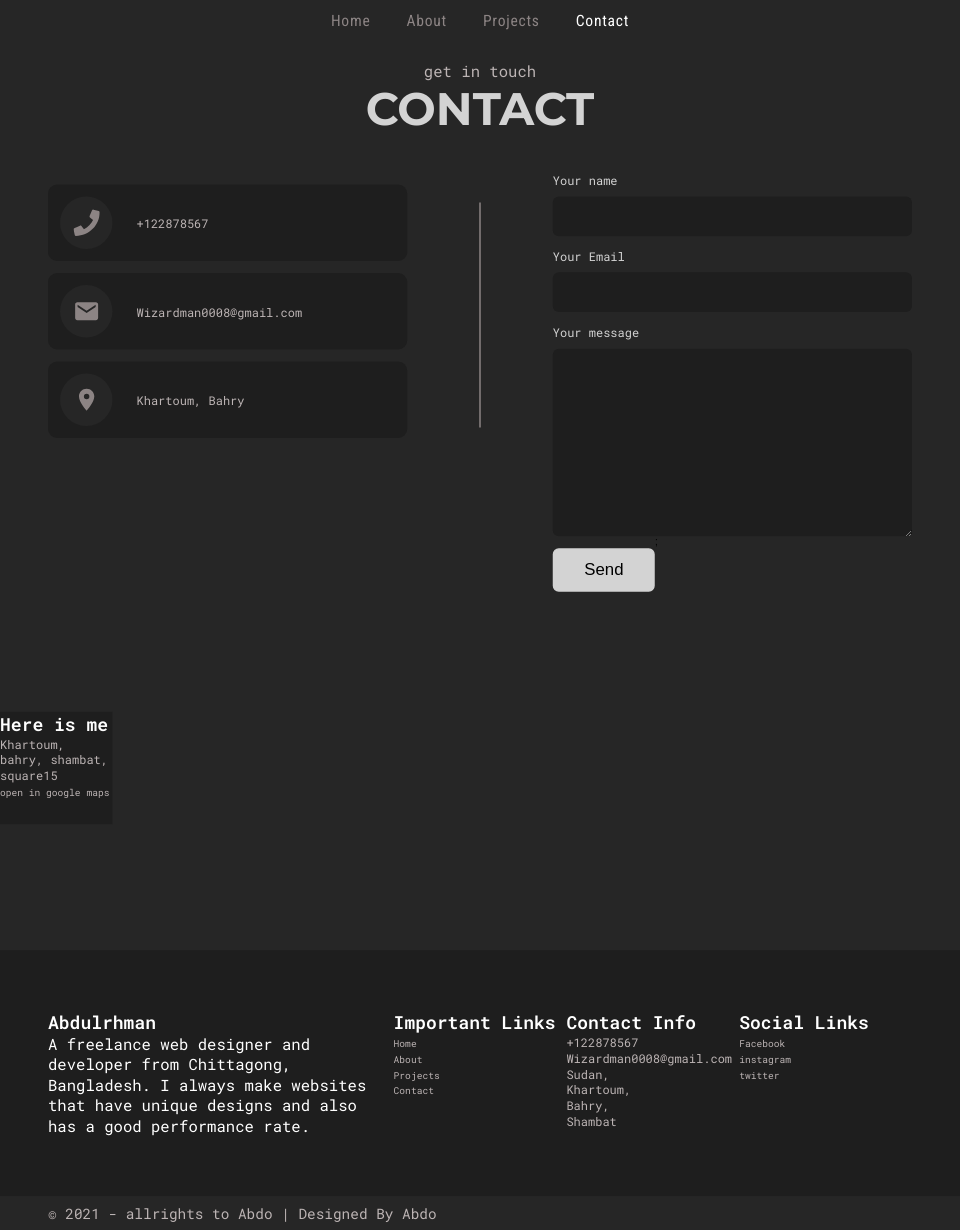
Repository: Abdoulrhman-altyeb/React-Typescript
Page: /contact
The author's editor kept a copy of each file at every save. The page is drawn from the files as they stood at one save, then again after the next save.
The browser window is 1280 px wide. The pictures show the whole page, at 75% of full size.
The project was rebuilt for these pictures with package versions that can differ from the ones it lists, and the page was loaded fresh each time. Also part of the build but not shown: src/components/ContactButton.tsx, src/components/HeroSection.tsx, src/components/AboutSection.tsx, src/assits/data/Services.ts, src/components/ServiceItems.tsx, src/components/ServicesSection.tsx, src/components/ProjectsSection.tsx, src/Pages/Home.tsx and 2 more.

Above is the page before, as saved 2021-05-20 19:23:24.

### public/index.html
<!DOCTYPE html>
<html lang="en">

<head>
  <meta charset="utf-8" />
  <meta name="viewport" content="width=device-width, initial-scale=1" />
  <meta name="theme-color" content="#000000" />
  <meta name="description" content="IT Guys Community" />
  <link rel="preconnect" href="https://fonts.gstatic.com">
  <link href="https://fonts.googleapis.com/css2?family=Roboto:wght@300;400;500;700&display=swap" rel="stylesheet">
  <link rel="preconnect" href="https://fonts.gstatic.com">
<link href="https://fonts.googleapis.com/css2?family=Montserrat:wght@200;300;400;500;700&display=swap" rel="stylesheet">
<link rel="preconnect" href="https://fonts.gstatic.com">
<link href="https://fonts.googleapis.com/css2?family=Roboto+Mono:wght@200;300;400;500;600&display=swap" rel="stylesheet">
<link rel="preconnect" href="https://fonts.gstatic.com">
<link href="https://fonts.googleapis.com/css2?family=Roboto+Condensed:wght@400;700&display=swap" rel="stylesheet">
  <title>App Lab</title>
</head>

<body>
  <noscript>You need to enable JavaScript to run this app.</noscript>
  <div id="root"></div>
</body>

</html>

### src/index.tsx
import ReactDOM from "react-dom";
import App from "./App";
import './assits/styles/style.css'

ReactDOM.render(<App/>,document.getElementById("root"));

### src/App.tsx
import React from "react";
import NavBar from './components/NavBar';
import { BrowserRouter as Router, Route, Switch } from 'react-router-dom'
import Home from "./Pages/Home";
import Contact from "./Pages/Contact";
import About from "./Pages/About";
import Projects from "./Pages/Projects";


const App: React.FC = () => {



  return (
    <>
      <Router>
        <NavBar />
        <Switch>
          <Route  path='/' exact>
            <Home />
          </Route>
          <Route path="/contact">
            <Contact />
          </Route>
          <Route path='/about'>
            <About />
          </Route>
          <Route path='/projects'>
              <Projects/>
          </Route>
        </Switch>
      </Router>
    </>
  )
}

export default App;

### src/assits/styles/style.css
* {
    padding:0;
    margin:0;
    box-sizing:border-box;
    scroll-behavior: auto;
}

body {
    background:#262626;
    color:white;
    font-family: 'Roboto Mono', monospace;
}
::-webkit-scrollbar-track {
    background: #1E1E1E;
}
::-webkit-scrollbar {
    width: 8px;
}
::-webkit-scrollbar-thumb {
    background: #888;
    border-radius: 20px;
}




img,svg{
    width: 100%;
    height:100%;
    object-fit: cover;
}
.container {
    width:90%;
    max-width:1200px;
    margin: 0 auto;
}

.hero__img {
    height:600px;
}
ul {
    list-style: none;
}
p, h1, span,h3,a {
    color:#BCB4B4
}
a {
    text-decoration: none;
    font-size:0.8rem;
}
.map{
    background: linear-gradient(rgba(0,0,0,0.5),rgba(0,0,0,0.5)),url('../images/Capture.jpg');
    background-repeat: no-repeat;
    background-size: cover;
    background-position: center;
}

### src/components/NavBar.tsx
import React,{useState} from 'react';
import styled from 'styled-components';
import { NavLink } from 'react-router-dom';
import { BiMenu, BiX } from 'react-icons/bi';


const NavBar: React.FC = () => {

    const [isActive, setIsActive] = useState<boolean>(false);

    return (
        <NavBarContainer>
            <div className="hamburgerMenu"
                onClick={() => setIsActive(!isActive)}
                role='button'
                tabIndex={0}
                onKeyDown={() => setIsActive(!isActive)}
            >
                <BiMenu/>
            </div>
            <ul className={isActive ? 'ListItems' : 'ListItems hide-items'}>
                <div className='closeMenu'
                    onClick={() => setIsActive(!isActive)}
                    role='button'
                    tabIndex={0}
                    onKeyDown={() => setIsActive(!isActive)}
                >
                    <BiX/>
                </div>
                <li>
                    <NavLink to='/' exact>
                     Home
                    </NavLink>
                </li>
                <li>
                    <NavLink to="/about">
                        About
                    </NavLink>
                </li>
                <li>
                    <NavLink to='projects'>
                        Projects
                    </NavLink>
                </li>
                <li>
                    <NavLink to='contact'>
                        Contact
                    </NavLink>
                </li>
            </ul>
        </NavBarContainer>
    )
}

const NavBarContainer = styled.nav`
    position: fixed;
    z-index:100;
    top:0;
    left:0;
    background-color:#262626;
    font-family: 'Roboto Condensed', sans-serif;
    width:100%;
    ul {
        width:90%;
        max-width:1200px;
        justify-content:center;
        text-align:center;
        margin:0 auto;
        border-radius:12px;
    }
    li {
        display:inline-block;
        cursor:pointer;
    }
    a {
        display:inline-block;
        padding:1rem 1.5rem;
        font-size:1.3rem;
        color:#8c8484;
        letter-spacing: 1px;
        transition:0.3s ease color;
        /* &:hover {
            color:#726f6f;
        } */
    }
    .active {
        color:white;
    }

    .hamburgerMenu {
        font-size:2rem;
        position:absolute;
        top:1rem;
        right:1rem;
        color:white;
        display:none;
        * {
            pointer-events:none;
        }
    }
    .closeMenu{
        display:none;
    }
    @media only screen and (max-width:768px) {
        .hide-items{
            transform: translateY(calc(-100% - 1rem))
        }
        .hamburgerMenu{
            display:block;
        }
        .ListItems {
            width:80%;
            max-width:230px;
            position:absolute;
            top:1rem;
            right:1rem;
            background:#1E1E1E;
            padding:1rem;
            transition: 0.3s ease transform;

            .closeMenu {
                color:white;
                font-size:1.5rem;
                width:1rem;
                margin: 0 0 0 auto;
                cursor: pointer;
                display:block;
                *{
                    pointer-events:none;
                }
            }
        }
        li {
            display:block;
            margin-bottom:1rem;
        }
        a {
            /* padding:1rem; */
            padding:0.2rem;
            outline:none;
        }
    }
`;



export default NavBar;

### src/Pages/Contact.tsx
import React from 'react';
import ContactSection from '../components/ContactSecion';
import FooterSection from '../components/FooterSection';
import Map from '../components/Map';

const Contact: React.FC = () => {
    return (
        <>
            <ContactSection/>
            <Map/>
            <FooterSection />
        </>
    )
}

export default Contact;

### src/components/FooterSection.tsx
import React from 'react';
import styled from 'styled-components';
import PaText from './PaText';
import { Link } from 'react-router-dom';

const FooterSection: React.FC = () => {
    return (
        <>
            <StyledDiv>
                <div className="container">
                    <div className="info">
                        <h2>Abdulrhman</h2>
                        <PaText>
                            A freelance web designer and developer from Chittagong,
                            Bangladesh. I always make websites that have unique designs
                            and also has a good performance rate.
                        </PaText>
                    </div>
                    <div className="pages">
                        <h2>Important Links</h2>
                        <ul>
                            <li>
                                <Link to="/">Home</Link>
                            </li>
                            <li>
                                <Link to="/">About</Link>
                            </li>
                            <li>
                                <Link to="/">Projects</Link>
                            </li>
                            <li>
                                <Link to="/">Contact</Link>
                            </li>
                        </ul>
                    </div>
                    <div className="contact_info">
                        <h2>Contact Info</h2>
                        <ul>
                            <li><p>+122878567</p></li>
                            <li><p>Wizardman0008@gmail.com</p></li>
                            <li><p>Sudan,<br></br>Khartoum,<br></br>Bahry,<br></br>Shambat</p></li>
                        </ul>
                    </div>
                    <div className="social_Links">
                        <h2>Social Links</h2>
                        <ul>
                            <li><a href="https://facebook.com" rel='noreferrer'>Facebook</a></li>
                        </ul>
                        <ul>
                            <li><a href="https://instagram.com" rel='noreferrer'>instagram</a></li>
                        </ul>
                        <ul>
                            <li><a href="https://twitter.com" rel='noreferrer'>twitter</a></li>
                        </ul>
                    </div>
                </div>
            </StyledDiv>
            <StyledCopyright>
                <div className="container">
                    <p>© 2021 - allrights to Abdo  | Designed By Abdo</p>
                </div>
            </StyledCopyright>
        </>

    )
}

const StyledDiv = styled.div`
    background:#1E1E1E;
    padding:5rem 0 ;
    .container{
        display:flex;
    }
    .info{
        flex:2;
    }
    .contact_info,
    .pages,
    .social_Links{
        flex:1;
    }
    @media only screen and (max-width:768px) {
        .container{
            flex-direction:column;
        }
    }
`;
const StyledCopyright = styled.div`
    background:#262626;
    padding:10px 0;
    p{
        font-size:1.2rem;
    }

    @media only screen and (max-width:768px) {
        p{
            font-size:0.9rem;
            width:100%;
        }
    }
`;

export default FooterSection

### src/components/ContactSecion.tsx
import React from 'react';
import styled from 'styled-components';
import SectionsTitle from './SectionsTitle';
import { FaPhone } from 'react-icons/fa';
import { IoMdMail } from 'react-icons/io';
import {MdLocationOn} from 'react-icons/md'
import Button from './Button';

const ContactSection: React.FC = () => {
    return (
        <StyledDiv>
            <div className="container">
                <SectionsTitle title='contact' semiTitle='get in touch' />
                <div className="contact-me">
                    <div className="contact-info">
                        <div className="phone">
                            <div className="icon">
                                <FaPhone/>
                            </div>
                            <span> +122878567</span>
                        </div>
                        <div className="mail">
                            <div className="icon">
                                <IoMdMail/>
                            </div>
                            <span>Wizardman0008@gmail.com</span>
                        </div>
                        <div className="location">
                            <div className="icon">
                                <MdLocationOn/>
                            </div>
                            <span>Khartoum, Bahry</span>
                        </div>
                    </div>
                    <div className="linebetween"></div>
                    <form className='form-contact'>
                        <label htmlFor="name">Your name</label>
                        <input className='name' type="text" id='name' />
                        <label htmlFor="email">Your Email</label>
                        <input type="email" id="email" />
                        <label htmlFor="message">Your message</label>
                        <textarea id="message"></textarea>
                        <button type='submit' className='btn'>
                                <Button btnLink='/'  outline={false} btnText='Send'/>;
                        </button>
                    </form>
                </div>
            </div>
        </StyledDiv>
    )
}
const StyledDiv = styled.div`
    padding:5rem 0;
    text-align: center;
    .container{
        display: flex;
        flex-direction:column;
    }
    .title{
        p{
            font-size:1.3rem;
        }
        h2{
            font-size:3.8rem;
            margin-top:0;
        }
    }
    .contact-me{
        padding:3rem 0;
        display: flex;
        gap:6rem;
    }
    .contact-info{
        flex:1;
    }
    .phone,
    .mail,
    .location{
        width:100%;
        background:#1E1E1E;
        margin-top:1rem;
        padding:1rem;
        border-radius:12px;
        display: flex;
        align-items: center;
    }
    .icon{
        width:70px;
        height:70px;
        border-radius: 50%;
        display: flex;
        justify-content: center;
        align-items:center;
        margin-right:2rem;
        background:#262626;
    }
    .icon svg{
        width:50%;
        fill: #8c8484;
    }
    .linebetween{
        width:2px;
        height:300px;
        background:#8c8484;
        margin-top:2.5rem;
    }

    .form-contact{
        flex:1;
        display: flex;
        flex-direction:column;
        text-align:left;
    }
    .form-contact input, textarea{
        padding:1rem;
        background:#1E1E1E;
        border:none;
        border-radius:8px;
    }
    .form-contact textarea {
        height:250px;
        resize: vertical;
    }
    .form-contact label{
        margin-bottom:0.7rem;
        color:lightgray;
    }
    .form-contact input{
        margin-bottom:1rem;
        outline:none;
        color:#8c8484;
        font-size:1.1rem;
    }
    .btn{
        background:transparent;
        outline:none;
        border:none;
        pointer-events: none;
        display: flex;
        justify-content: flex-start;
        *{
            pointer-events: all;
        }
    }
    @media only screen and (max-width:768px) {
        .title{
            p{
                font-size:0.9rem;
            }
            h2{
                font-size:2.5rem;
                margin-top:0;
            }
        }
        .contact-me{
            flex-direction:column;
        }
        .linebetween{
            display: none;
        }
    }
`;

export default ContactSection;

### src/components/Map.tsx
import React from 'react';
import styled from 'styled-components';
import map from '../assits/images/Capture.jpg'
const Map: React.FC = () => {
    return (
        <StyleDiv>
            {/* <img src={map} alt="" /> */}
            <div className="location__details">
                <h2>Here is me</h2>
                <p>Khartoum, bahry, shambat, square15</p>
                <a href="https://www.google.com/maps/place/%D9%85%D8%AD%D8%B7%D9%87+15%E2%80%AD/@15.6677097,32.5462023,17z/data=!4m13!1m7!3m6!1s0x168e8da4c6682f5f:0x213cdd630f5e6fa9!2sShambat+Bridge,+Khartoum+North,+Sudan!3b1!8m2!3d15.6434242!4d32.5089219!3m4!1s0x168e93f8f47bbcb9:0x5df02e7d5dd85537!8m2!3d15.6681869!4d32.5468858" rel='noreferrer'>open in google maps</a>
            </div>
        </StyleDiv>
    )
}

const StyleDiv = styled.div`
    position: relative;
    height:350px;
    width:100%;
    .location__details{
        position: absolute;
        width:150px;
        height:150px;
        background:#1E1E1E;
        top: 2rem;
    }
`;
export default Map;

### src/components/Button.tsx
import React from 'react';
import { Link } from 'react-router-dom';
import styled from 'styled-components'


const Button:React.FC<ButtonProps> = ({btnLink,btnText,outline}) => {
    return (
        <BTNSTYLE className='btn'>
            <Link className='button' to={btnLink} style={{ background: outline ? 'transparent' : 'lightgray', color: outline? 'lightgray': 'black' }}>{btnText}</Link>
        </BTNSTYLE>
    )
}


const BTNSTYLE = styled.div`
    margin-top:1rem;
    .button{
        background:lightgray;
        padding:0.9rem 2.5rem;
        color:black;
        border-radius:8px;
        border:2px solid lightgray;
        cursor:pointer;
        display:inline-block;
        font-size:1.4rem;
    }
    @media only screen and (max-width:768px) {
        .button{
            font-size:1.2rem;
        }
    }
`;

export default Button

### src/components/PaText.tsx
import styled from 'styled-components'

const PaText: React.FC = ({children}) => {

    return (
        <TextContainer className='par'>
            {children}
        </TextContainer>
    )
}

const TextContainer = styled.div`
    max-width:500px;
    margin:0 auto;
    line-height:1.3em;
    font-family: 'Roboto Mono', monospace;
    font-size:1.3rem;
    @media only screen and (max-width:768px) {
        font-size:1.1rem;
    }
`;

export default PaText

### src/components/SectionsTitle.tsx
import React from 'react';
import styled from 'styled-components';

const SectionsTitle:React.FC<SectionTitle> = ({title,semiTitle}) => {
    return (
        <StyledSectionTitle className='title'>
            <p>{semiTitle}</p>
            <h2>{title}</h2>
        </StyledSectionTitle>
    )
}

const StyledSectionTitle = styled.div`
    P{
        font-size:1.5rem;
    }
    h2{
        font-size:3.8rem;
        font-family: 'Montserrat', sans-serif;
        text-transform:uppercase;
        margin-top:0.7rem;
        color:lightgray;
    }
    @media only screen and (max-width:768px){
        p{
            font-size:1rem;
        }
        h2{
            font-size:2rem;

        }
    }
`;

export default SectionsTitle;

After the next save:
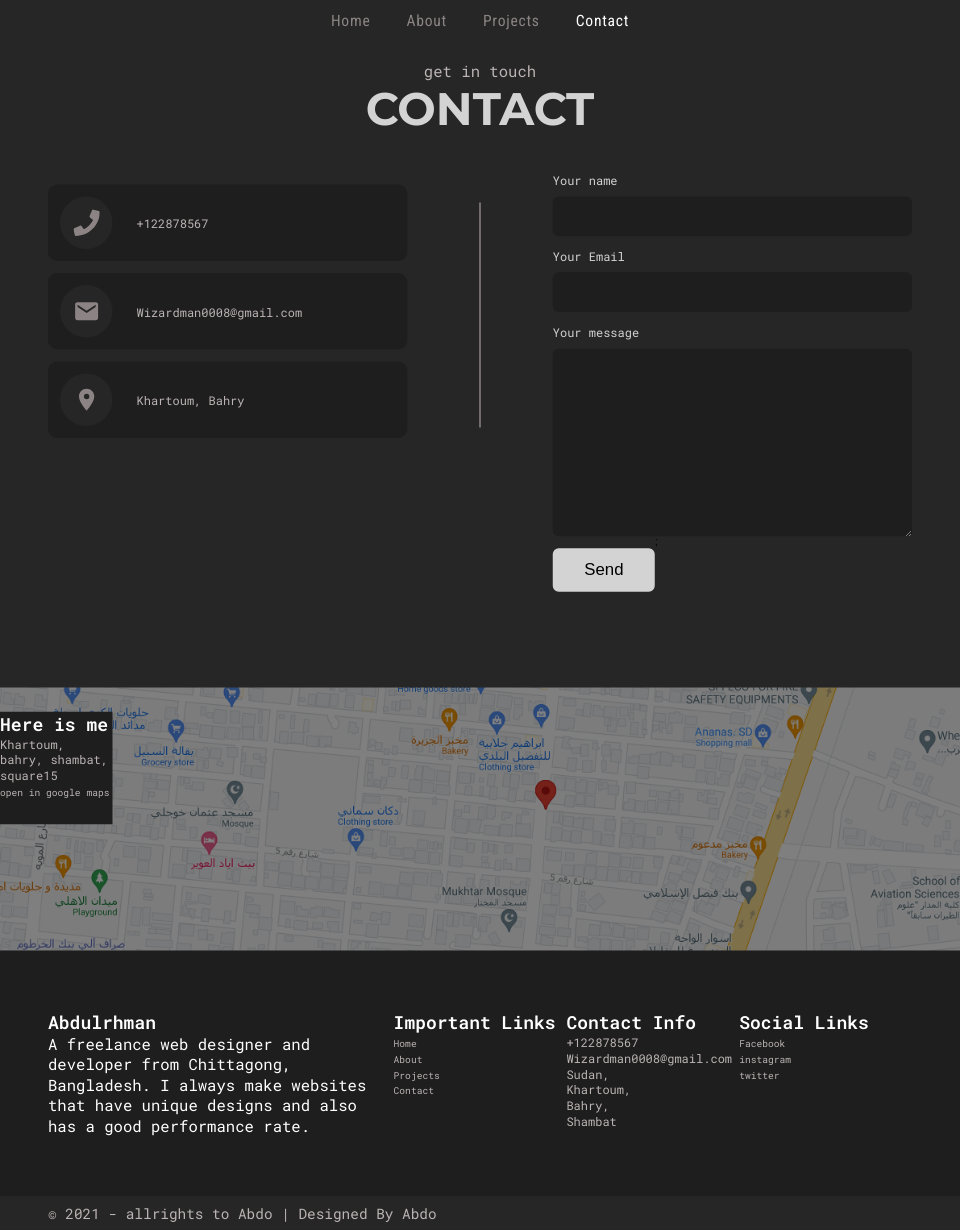
Saved 11 s later.
--- a/src/components/Map.tsx
+++ b/src/components/Map.tsx
@@ -3,7 +3,7 @@ import styled from 'styled-components';
 import map from '../assits/images/Capture.jpg'
 const Map: React.FC = () => {
     return (
-        <StyleDiv>
+        <StyleDiv className='map'>
             {/* <img src={map} alt="" /> */}
             <div className="location__details">
                 <h2>Here is me</h2>
